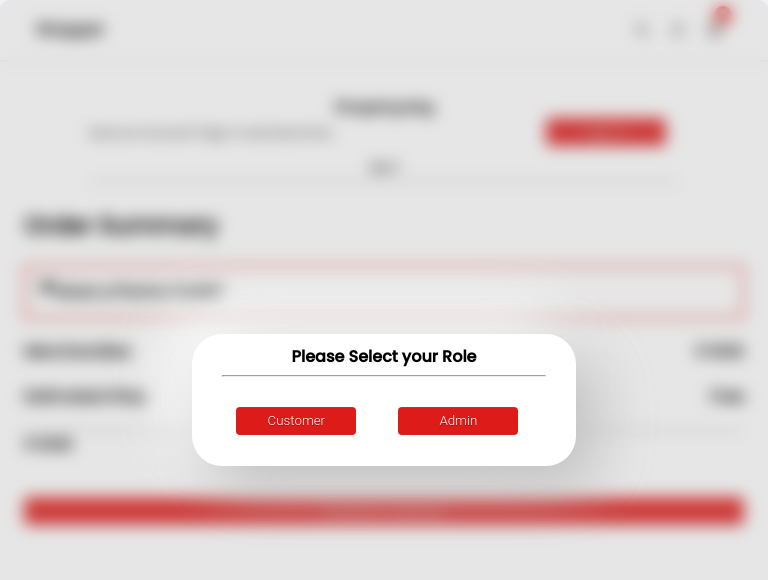
Repository: coolronts/aize-project
Page: /cart
These files come from the project's save history. The page is drawn as it stood at one moment and after the next save; the edit follows.
The browser window is 768 px wide. The pictures show the whole page.
The project was rebuilt for these pictures with package versions that can differ from the ones it lists, and the page was loaded fresh each time. Also part of the build but not shown: src/components/CartItem/CartItem.tsx, src/pages/Shop/shop.module.css, src/components/Card/Card.tsx, src/components/EditModal/editModal.module.css, src/components/EditModal/EditModal.tsx, src/components/AddModal/addModal.module.css, src/components/AddModal/AddModal.tsx, src/pages/Shop/Shop.tsx.

Above is the page before, as saved 2021-09-17 12:47:35.

### src/index.css
* {
    line-height: 1.6;
}

h1 {
    font-size: 2em;
}

h2 {
    font-size: 1.5em;
}

h3 {
    font-size: 1.17em;
}

h4 {
    font-size: 1em;
}

### src/App.tsx
import React, { useState, useEffect } from 'react';
import {BrowserRouter,Switch,Route} from 'react-router-dom';

//components
import Cart from "./pages/Cart/Cart"
import Shop from "./pages/Shop/Shop"
import Modal from "./components/Modal/Modal"
import Header from "./components/Header/Header"

//context
import {UserContextProvider} from './context/user'
import {CommonContextProvider} from './context/common'

//interface
import {ProductCartType, IProduct} from './interfaces'

//api
import {Get, Delete} from './api/api'

const App: React.FunctionComponent = () => {
  //States
  //user States
  const [id, setId] = useState<number|null>(null)
  const [role, setRole]= useState<'ADMIN'|'CUSTOMER'|null>(null)

  //product States
  const [products, setProducts] = useState<ProductCartType[]>([])
  const [allProducts, setAllProducts] = useState<IProduct[]>([])
  const [cartQty, setCartQty] = useState<number>(0)

  //common States
  const [isLoading,setIsLoading] = useState<boolean>(false)
  const updateIsLoading = (state:boolean)=>{setIsLoading(state)}

  const [isError,setIsError] = useState<boolean>(false)
  const updateIsError = (state:boolean)=>{setIsError(state)}

  const [isEdit, setIsEdit] = useState<string>('')
  const updateIsEdit = (type:string)=>{setIsEdit(type)}

  const [isAdd, setIsAdd] = useState<boolean>(false)
  const updateIsAdd = (state:boolean)=>{setIsAdd(state)}


  const [selectedProduct, setSelectedProduct] = useState<IProduct>({} as IProduct)
  const updateSelectedProduct = (product: IProduct)=>{setSelectedProduct(product)}


  const getAllProducts = ()=>{
    updateIsLoading(true)
    Get.getProducts()
    .then(response => (setAllProducts(response)))
    .catch(error => (setIsError(error)))
    updateIsLoading(false)
  }

  const DeleteProduct = (id:number)=>{
    updateIsLoading(true)
    Delete.deleteProduct(id)
    .then(() => getAllProducts())
  }

  const addUser = (_id:number) =>{
    updateIsLoading(true)
    setId(()=>_id);
    (_id%2===0) ? setRole(()=>'CUSTOMER') : setRole(()=>'ADMIN')
    updateIsLoading(false)
  }

  const addProduct = (_id:number, _quantity:number) =>{
    const foundProduct = products.find(x => x.id === _id)
    if(foundProduct){foundProduct.quantity += _quantity}
    else{setProducts(products.concat({id:_id,quantity:_quantity}))}
    setCartQty(()=>cartQty+1)
  }

  const addCart = async (_cart:ProductCartType[])=>{setProducts(()=>(_cart))}

  useEffect(() =>{
    if(id != null){
      updateIsLoading(true)
      Get.getUserCart(id)
      .then(response =>{
        if(response.products != null){
          addCart(response.products)
          let totalQty = 0
          response.products.map((product) => totalQty += product.quantity)
          setCartQty(totalQty)
          updateIsLoading(false)}
        }
      )}
  },[id])


  const userContextValues ={Cart:{id,products},cartQty, role,addUser,addProduct, addCart, DeleteProduct}
  const commonContextValues = {selectedProduct, updateSelectedProduct, isLoading, isError, updateIsError, updateIsLoading, allProducts,  getAllProducts, isEdit, updateIsEdit, isAdd, updateIsAdd}


  return (
    <CommonContextProvider value={commonContextValues}>
      <UserContextProvider value={userContextValues}>
        {(id==null || isLoading ) && <Modal/>}
        <BrowserRouter>
          <Header/>
          <Switch>
            <Route path="/" exact component={Shop}/>
            {<Route path="/cart" exact component={Cart}/>}
          </Switch>
        </BrowserRouter>
      </UserContextProvider>
    </CommonContextProvider>
  )
};

export default App;

### src/pages/Cart/Cart.tsx
import React,{useContext,  useState} from 'react';
import styles from './cart.module.css';
import {AiFillTag} from "react-icons/ai";

//components
import CartItem from '../../components/CartItem/CartItem'

//context
import UserContext from '../../context/user'
const Cart: React.FunctionComponent = () => {

  const userContext = useContext(UserContext)
  const productsList = userContext.Cart.products

  const[total,setTotal]= useState<number>(0)

  const updateTotal = (newPrice:number):void =>{setTotal((prevState)=>newPrice+prevState)}

  return (
    <div className={styles.container}>
      <div className={styles.shoppingBag}>
        <h1>Shopping Bag</h1>
        <div className={styles.signInContainer}>
          <p>Have an Account? Sign in and Save time.</p>
          <button>Sign In </button>
        </div>
        <div className={styles.cart}>
          <h2>Qty: {userContext.cartQty} </h2>
          <hr/>
          {productsList.map((item,index) => {
            return (
              <div key={index}>
                <CartItem id={item.id} qty={item.quantity}  updateTotal={updateTotal}/>
              </div>
            )
          })}
        </div>
      </div>
      <div className={styles.orderSummary}>
        <h2>Order Summary</h2>
        <div className={styles.promoCode}>
          <AiFillTag/>
          <h4>Have a Promo Code?</h4>
        </div>
        <div className={styles.price}>
          <h4>Merchandise:</h4>
          <strong>{total} NOK</strong>
        </div>
        <div className={styles.price}>
          <h4>Estimated Ship:</h4>
          <strong>Free</strong>
        </div>
        <hr/>
        <div className={styles.price}>
          <h3><strong>Order Total</strong></h3>
          <strong>{total} NOK</strong>
        </div>
        <div className={styles.PayButtonContainer}>
          <button>Proceed to Checkout</button>
        </div>
      </div>
    </div>
  )
};

export default Cart;

### src/components/Modal/Modal.tsx
import React, { useContext } from 'react';
import styles from './modal.module.css'

//context
import UserContext from '../../context/user'
import CommonContext from '../../context/common'

const Modal: React.FunctionComponent = () => {
  const userContext = useContext(UserContext)
  const commonContext = useContext(CommonContext)

  return (
    <div className={styles.container}>
      <div className={styles.modal}>
        {commonContext.isLoading ?
          <div className={styles.loaderContainer}>
            <div className={styles.loader}></div>
          </div>

        :
          <>
            <h4>Please Select your Role</h4>
            <hr/>
            <div className={styles.buttonContainer}>
              <button onClick={()=>{!userContext.Cart.id && userContext.addUser(Math.floor(Math.random() * 49)*2)}}>Customer</button>
              <button onClick={()=>{!userContext.Cart.id && userContext.addUser(Math.floor(Math.random() * 49)*2 + 1)}}>Admin</button>
            </div>
          </>
        }
      </div>
    </div>
  )
}

export default Modal

### src/components/Header/Header.tsx
import React, {useContext} from 'react';
import styles from './header.module.css';
import {Link} from "react-router-dom";
//component
import Logo from '../Logo/Logo'
//context
import UserContext from '../../context/user';

const Header: React.FunctionComponent = () => {
  const userContext = useContext(UserContext)
  const role = userContext.role

  return (
    <header>
      <div>
        <Link to="/" className={styles.linkStyle}><h1>Shopper</h1></Link>
      </div>
      <h3 className={styles.role}> <span>you're logged in as </span>{role}</h3>
      <div className={styles.logoContainer}>
        <Logo logo={"search"}/>
        <Logo logo={"user"}/>
        <Logo logo={"cart"}/>
      </div>
    </header>
  )
}

export default Header

### src/context/user.ts
import { createContext } from "react";
import {IUserProp, ProductCartType} from '../interfaces'

//initializing the state
const UserContext = createContext<IUserProp>({
  Cart:{id:null,products:[]},
  role:null,
  cartQty: 0,
  addCart:(products:ProductCartType[])=>{},
  addUser:(id:number)=>{},
  addProduct:(id:number)=>{},
  DeleteProduct:(id:number)=>{}
})

export const UserContextConsumer = UserContext.Consumer;
export const UserContextProvider = UserContext.Provider;
export default UserContext;

### src/context/common.ts
import { createContext } from "react";
import {ICommon,IProduct} from '../interfaces'

//initializing the state
const CommonContext = createContext<ICommon>({
  isLoading:false,
  isError:false,
  updateIsLoading:(state:boolean) =>{},
  updateIsError:(state:boolean) =>{},
  allProducts:[],
  getAllProducts:()=>{},
  isEdit:'',
  updateIsEdit:(type:string)=>{},
  selectedProduct:{} as IProduct,
  updateSelectedProduct:(product:IProduct|null)=>{},
  isAdd:false,
  updateIsAdd:(state:boolean)=>{}
})

export const CommonContextConsumer = CommonContext.Consumer;
export const CommonContextProvider = CommonContext.Provider;
export default CommonContext;

### src/api/api.ts
import axios, {AxiosResponse} from 'axios';
import {IProduct, UserCartType} from '../interfaces'

const instance = axios.create({
  baseURL: 'http://localhost:8080',
  timeout: 15000,
});

const responseBody = (response: AxiosResponse) => response.data;

const requests = {
	get: (url: string) => instance.get(url).then(responseBody),
  delete: (url: string) => instance.delete(url).then(responseBody),
  put: (url: string, body: {}) => instance.put(url, body).then(responseBody),
  post: (url: string, body: {}) => instance.post(url, body).then(responseBody),
};


export const Get={
  getProducts: (): Promise<IProduct[]> => requests.get('products'),
  getUserCart: (id:number): Promise<UserCartType> => requests.get('carts/'+ id),
  getProduct: (id:number): Promise<IProduct> => requests.get('products/'+ id),
  searchProduct: (query:string): Promise<IProduct[]> => requests.get('products?q='+ query),
}

export const Delete={
  deleteProduct: (id:number): Promise<void> => requests.delete('products/'+id)
}

export const Put={
  updateProduct: (post: IProduct, id: number): Promise<IProduct> =>requests.put('/products/' + id, post)
}
export const Post={
  addProduct: (post: IProduct): Promise<IProduct> =>requests.post('/products', post)}

### src/pages/Cart/cart.module.css
strong {
    font-weight: 600;
}

.container {
    padding: 24px 80px;
    display: flex;
}

.shoppingBag {
    width: 80%;
    padding: 12px 0px;
}

.signInContainer {
    margin-bottom: 12px;
    margin-top: 12px;
    display: flex;
    align-items: center;
    justify-content: space-between;
}

.cart {
    padding-top: 46px;
}

.orderSummary {
    padding: 12px 24px;
    width: 50%;
}

.promoCode {
    display: flex;
    margin: 20px 0;
    border: 2px solid #dd1c1a;
    padding: 12px;
    width: 100%;
    text-align: center;
}

.price {
    display: flex;
    justify-content: space-between;
    margin-bottom: 20px;
}

.PayButtonContainer>button {
    margin-top: 20px;
    width: 100%;
}

.buttonContainer {
    margin-top: 24px;
    display: flex;
    justify-content: center;
}

button {
    cursor: pointer;
    width: 120px;
    background-color: #dd1c1a;
    display: inline-block;
    padding: 0.3em 1.2em;
    margin: 0 1em 0.1em 0;
    border: 0.16em solid rgba(255, 255, 255, 0);
    border-radius: 2em;
    box-sizing: border-box;
    text-decoration: none;
    font-family: 'Roboto', sans-serif;
    font-weight: 300;
    color: white;
    text-shadow: 0 0.04em 0.04em rgba(0, 0, 0, 0.35);
    text-align: center;
    transition: all 0.2s;
}

button:hover {
    border-color: rgba(255, 255, 255, 1);
}

@media screen and (max-width: 800px) {
    h1 {
        font-size: 14px;
    }
    .orderSummary>h2 {
        font-size: 24px;
    }
    p {
        font-size: 12px;
    }
    button {
        width: 120px;
        border-radius: 0.3em;
        padding: 0.1em 0.4em;
    }
    .container {
        padding: 24px 0px;
        flex-direction: column;
        align-items: center;
    }
    .shoppingBag {
        width: 80%;
        padding: 12px 12px;
        text-align: center;
    }
    .signInContainer {
        margin-bottom: 0px;
        margin-top: 0px;
    }
    .cart {
        padding-top: 12px;
    }
    img {
        padding: 0px;
        width: 100%;
    }
    .orderSummary {
        padding: 12px 24px;
        width: 100%;
    }
}

### src/components/Modal/modal.module.css
.container {
    width: 100%;
    height: 100%;
    position: fixed;
    background: rgba( 155, 155, 155, 0.25);
    box-shadow: 0 8px 32px 0 rgba( 31, 38, 135, 0.37);
    backdrop-filter: blur( 8px);
    -webkit-backdrop-filter: blur( 8px);
    border-radius: 10px;
    z-index: 20;
}

.modal {
    text-align: center;
    background-color: white;
    border-radius: 10px;
    padding: 10px 30px;
    width: 50%;
    position: absolute;
    top: 50%;
    left: 50%;
    transform: translate(-50%, -50%);
    border-radius: 30px;
    background: white;
    box-shadow: 20px 20px 60px #bebebe, -20px -20px 60px #ffffff;
}

.buttonContainer {
    display: flex;
    margin: 20px 0;
    justify-content: space-around;
    flex-wrap: wrap;
}

.buttonContainer>button {
    margin-top: 10px;
}

.loaderContainer {
    padding: 10px 30px 10px 30px;
    width: 100%;
    height: 100%;
    display: flex;
    justify-content: center;
}

.loader {
    position: relative;
    border: 16px solid #f3f3f3;
    border-radius: 50%;
    border-top: 16px solid #3498db;
    width: 120px;
    height: 120px;
    -webkit-animation: spin 2s linear infinite;
    /* Safari */
    animation: spin 2s linear infinite;
}


/* Safari */

@-webkit-keyframes spin {
    0% {
        -webkit-transform: rotate(0deg);
    }
    100% {
        -webkit-transform: rotate(360deg);
    }
}

@keyframes spin {
    0% {
        transform: rotate(0deg);
    }
    100% {
        transform: rotate(360deg);
    }
}

@media screen and (max-width: 800px) {
    .container {
        text-align: center;
    }
}

### src/components/Header/header.module.css
header {
    box-shadow: 0 1px 3px 0 rgba(0, 0, 0, 0.1), 0 1px 2px 0 rgba(0, 0, 0, 0.06);
    padding: 12px 36px;
    display: flex;
    justify-content: space-between;
    align-items: center;
}

.logoContainer {
    display: flex;
}

.role {
    color: #dd1c1a;
}

.role>span {
    font-size: 12px;
    margin-right: 3px;
    color: black;
}

.linkStyle {
    text-Decoration: none;
    color: black;
}

@media screen and (max-width: 800px) {
    .linkStyle>h1 {
        font-size: 16px;
    }
}

### src/components/Logo/Logo.tsx
import React, {useContext, useState} from 'react'
import styles from './logo.module.css'
import {Link} from "react-router-dom"

//icons
import {MdCancel} from "react-icons/md"
import { AiOutlineShoppingCart, AiOutlineUser, AiOutlineSearch } from 'react-icons/ai';

//interface
import {IProduct} from '../../interfaces'

//context
import UserContext from '../../context/user'

//api
import {Get} from "../../api/api"

const Logo: React.FunctionComponent<{logo:string}>= ({logo}) => {
  const userContext = useContext(UserContext)

  const [searchItems, setSearchItems] = useState<IProduct[]>([])
  const [isSearch, setIsSearch] = useState<boolean>(false)

  const search = (keyword:any) =>{
    if(keyword.length===0){
      setIsSearch(false)
    }
    else{
      setIsSearch(true)
      Get.searchProduct(keyword)
      .then(result => {setSearchItems(()=>result.slice(0,5))})
    }
  }
  return (
    <>
      {logo==="cart" && (
        <Link to="/cart">
          <div className={styles.logoContainer}>
            <AiOutlineShoppingCart className={styles.icon}/>
            {userContext.Cart.products != null && (<p className={styles.badge}>{userContext.cartQty}</p>)}
          </div>
        </Link>
      )}

      {logo==="user" && (
        <div className={styles.logoContainer}>
         <AiOutlineUser className={styles.icon}/>
        </div>
      )}

      {logo==="search" && (
        <>
          { isSearch && <div className={styles.searchContainer}>
            <input type="text" onChange={(e)=>search(e.target.value)} className={styles.searchBox}/>
            <MdCancel onClick={()=>setIsSearch(false)}  />
            <>
              {isSearch &&
                <div className={styles.suggestionContainer}>
                  {isSearch && searchItems.map((item,index)=>{
                    return(
                      <div key={index} className={styles.suggestionContainer}>
                        <div className={styles.suggestion}>
                          <div className={styles.imageContainer}>
                            <img src={item.defaultImage} alt="product"/>
                          </div>

                          <div className={styles.info}>
                            <p className={styles.name}>{item.name}</p>
                            <p>Price: {item.price} Nok</p>
                            <p>Discount:  -{item.discount}%</p>
                          </div>
                        </div>
                        <hr></hr>
                      </div>
                     )
                  })}
                </div>
              }
            </>
          </div>}

          <div onClick={()=>{
            setIsSearch(true)
            setSearchItems([])
            }} className={styles.logoContainer}>
            <AiOutlineSearch  className={styles.icon}/>
          </div>
        </>
      )}
    </>
  )
}

export default Logo

### src/components/CartItem/cartItem.module.css
strong {
    font-weight: 600;
}

.product {
    display: flex;
    margin-top: 20px;
    border-bottom: 2px solid whitesmoke;
    padding: 10px 10px;
    cursor: pointer;
}

.product:hover {
    border-radius: 30px;
    background: #e0e0e0;
    box-shadow: 20px 20px 60px #bebebe, -20px -20px 60px #ffffff;
}

.imageContainer>img {
    width: 200px;
    border-radius: 30px;
    object-fit: contain;
}

.productInfo {
    height: inherit;
    display: flex;
    flex-direction: column;
    justify-content: space-between;
    margin-left: 20px;
    width: 50%;
}

.vl {
    border-left: 2px solid #D3D3D3;
    height: 60px;
    align-self: center;
}

.productSummary {
    margin-left: 20px;
    display: flex;
    flex-direction: column;
    justify-content: center;
    text-align: center;
    color: #dd1c1a;
    width: 45%;
}

@media screen and (max-width: 800px) {
    h1 {
        font-size: 14px;
    }
    h2 {
        font-size: 10px;
    }
    p {
        font-size: 12px;
    }
    .product {
        flex-direction: column;
    }
    .imageContainer>img {
        width: 200px;
    }
    .productInfo {
        margin-left: 0px;
        width: 100%;
    }
    .vl {
        display: none
    }
    .productSummary {
        margin-left: 0px;
        flex-direction: row;
        justify-content: flex-start;
        text-align: left;
    }
}

### src/components/Card/card.module.css
            @import url('https://fonts.googleapis.com/css2?family=Poppins:wght@300;400;500&display=swap');
            * {
                margin: 0;
                padding: 0;
                box-sizing: border-box;
                font-family: 'Poppins', sans-serif;
            }

            .container {
                overflow: hidden;
                position: relative;
                display: flex;
                flex-direction: column;
                justify-content: space-between;
                cursor: pointer;
                width: 300px;
                height: 360px;
                padding: 25px;
                background: #fff;
                max-width: 260px;
                border-radius: 20px;
                margin: 10px auto;
                border-radius: 50px;
                box-shadow: 20px 20px 60px #bebebe, -20px -20px 60px #ffffff;
            }

            .discount {
                position: absolute;
                background-color: #dd1c1a;
                font-weight: bold;
                font-size: 14px;
                color: white;
                padding-left: 20px;
                padding-top: 24px;
                height: 65px;
                width: 65px;
                border-radius: 50%;
                left: -10px;
                top: -15px;
                box-shadow: 0 5px 10px rgba(146, 61, 36, 0.05), 0 15px 40px rgba(165, 83, 63, 0.2);
            }

            .imageContainer {
                text-align: center;
            }

            .imageContainer>img {
                width: 100px;
            }

            .adminControl {
                display: flex;
                justify-content: center;
            }

            .adminControl>.icon {
                margin-right: 10px;
                padding: 3px 3px 3px 3px;
                font-size: 30px;
            }

            .adminControl>.icon:hover {
                box-shadow: 0 5px 10px rgba(146, 61, 36, 0.05), 0 15px 40px rgba(165, 83, 63, 0.2);
            }

            .icon {
                color: #dd1c1a;
            }

            .name {
                font-weight: bold;
                text-align: center;
                margin-top: 5px;
                height: 40px;
            }

            .description {
                font-weight: 500;
                font-size: 12px;
                text-align: justify;
                margin-bottom: 10px;
                line-height: normal;
                white-space: pre-wrap;
                overflow: hidden;
                text-overflow: ellipsis;
                height: 80px;
            }

            .price {
                text-align: center;
                font-weight: bolder;
                color: #dd1c1a;
                margin-bottom: 10px;
            }

            .buttonContainer {
                display: flex;
                justify-content: space-around;
            }

            .buttonContainer>button {
                cursor: pointer;
                width: 120px;
                background-color: #dd1c1a;
                display: inline-block;
                padding: 0.3em 1.2em;
                margin: 0 0.1em 0.1em 0;
                border: 0.16em solid rgba(255, 255, 255, 0);
                border-radius: 2em;
                box-sizing: border-box;
                text-decoration: none;
                font-family: 'Roboto', sans-serif;
                font-weight: 300;
                color: white;
                text-shadow: 0 0.04em 0.04em rgba(0, 0, 0, 0.35);
                text-align: center;
                transition: all 0.2s;
            }

            .buttonContainer>button:hover {
                border-color: rgba(255, 255, 255, 1);
            }

            @media screen and (max-width: 800px) {
                .container {
                    justify-content: start
                }
                .name {
                    margin-top: 5px;
                }
                .description {
                    font-weight: 300;
                    font-size: 12px;
                    line-height: normal;
                    white-space: pre-wrap;
                    overflow: hidden;
                    text-overflow: ellipsis;
                }
                .price {
                    text-align: center;
                    display: block;
                    font-size: 16px;
                    width: 100%;
                }
            }

### src/components/Logo/logo.module.css
.logoContainer {
    position: relative;
    cursor: pointer;
    border-radius: 18px;
    padding: 18px;
    z-index: 1;
    margin-right: 18px;
}

.logoContainer:hover {
    box-shadow: 0 5px 10px rgba(146, 61, 36, 0.05), 0 15px 40px rgba(165, 83, 63, 0.2);
}

.icon {
    position: absolute;
    font-size: 24px;
    color: black;
    z-index: 5;
    top: 0;
    bottom: 0;
    left: 0;
    right: 0;
    margin: auto auto auto auto;
}

.badge {
    position: absolute;
    background-color: #dd1c1a;
    color: white;
    font-weight: bold;
    font-size: 8px;
    width: 18px;
    height: 18px;
    border-radius: 50%;
    text-align: center;
    top: -6px;
    line-height: 18px;
}

.searchContainer {
    width: 100%;
    height: 100%;
    left: 0;
    padding: 2% 20%;
    position: fixed;
    background: rgba( 255, 255, 255, 1);
    box-shadow: 0 8px 32px 0 rgba( 31, 38, 135, 0.37);
    backdrop-filter: blur( 4px);
    -webkit-backdrop-filter: blur( 4px);
    border-radius: 10px;
    border: 1px solid rgba( 255, 255, 255, 0.18);
    z-index: 20;
    text-align: center;
    overflow-y: scroll;
}

.searchContainer>input {
    margin-top: 5%;
    border-radius: 12px;
    outline: none;
    border: 1px solid black;
    padding: 0.5em 1em 0.5em 1em;
}

.suggestion {
    padding-top: 10px;
    display: flex;
    justify-content: center;
    align-items: center;
    margin-bottom: 3px;
    margin-top: 10px;
    width: 100%;
    border-radius: 12px;
}

.suggestion:hover {
    background-color: gainsboro;
}

.imageContainer {
    padding: 20px;
}

.imageContainer>img {
    width: 100px;
}

.info {
    display: flex;
    flex-direction: column;
    text-align: left;
    width: 60%;
}

.name {
    font-size: 18px;
}

.price {
    margin-top: 5px;
    width: 60%;
    display: flex;
    justify-content: space-around;
    width: 100%;
    font-size: 12px;
}

.suggestion>img {
    width: 5%;
    border-radius: 12px;
}

hr {
    margin-top: 5px;
}

@media screen and (max-width: 800px) {
    .logoContainer {
        margin-right: 0px;
    }
    .icon {
        font-size: 16px;
    }
    h3 {
        display: none;
    }
    h3>span {
        display: block;
    }
    .searchContainer {
        position: fixed;
        left: 0;
        top: 0;
        padding: 20px 20px;
    }
    .suggestion {
        align-items: center;
        margin-bottom: 3px;
        margin-top: 10px;
        width: 100%;
        margin-left: 0%;
    }
}

Loaded but not shown: public/index.html (common file); src/index.tsx (common file)

After the next save:
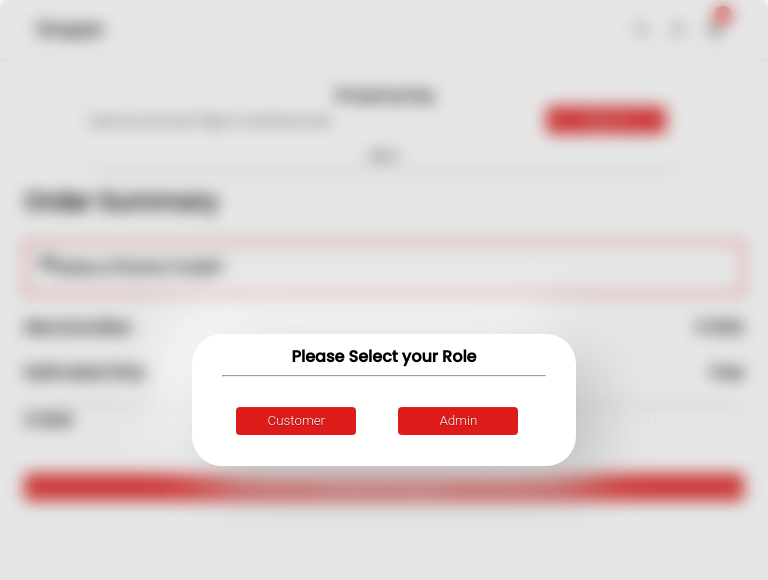
Saved 4 s later.
--- a/src/pages/Cart/cart.module.css
+++ b/src/pages/Cart/cart.module.css
@@ -100,7 +100,7 @@
     }
     .shoppingBag {
         width: 80%;
-        padding: 12px 12px;
+        padding: 0px 12px;
         text-align: center;
     }
     .signInContainer {

After the save that followed:
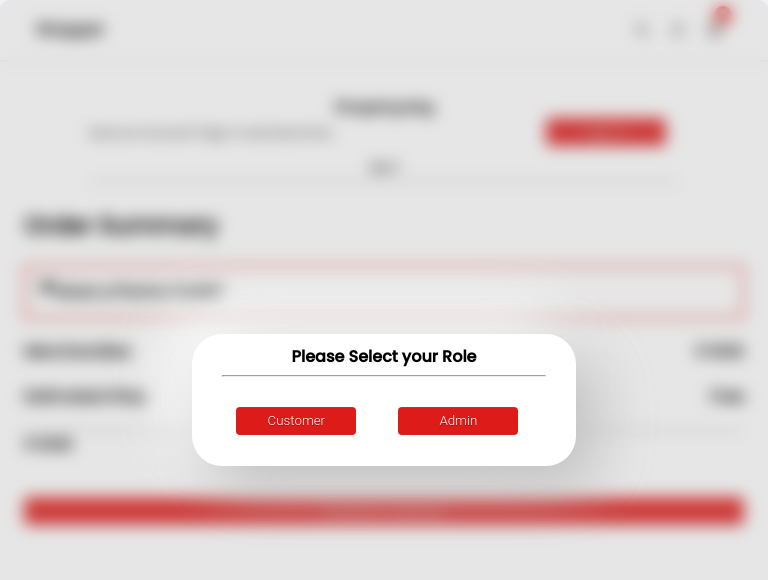
Saved 18 s later.
--- a/src/pages/Cart/cart.module.css
+++ b/src/pages/Cart/cart.module.css
@@ -100,7 +100,7 @@
     }
     .shoppingBag {
         width: 80%;
-        padding: 0px 12px;
+        padding: 12px 12px;
         text-align: center;
     }
     .signInContainer {
